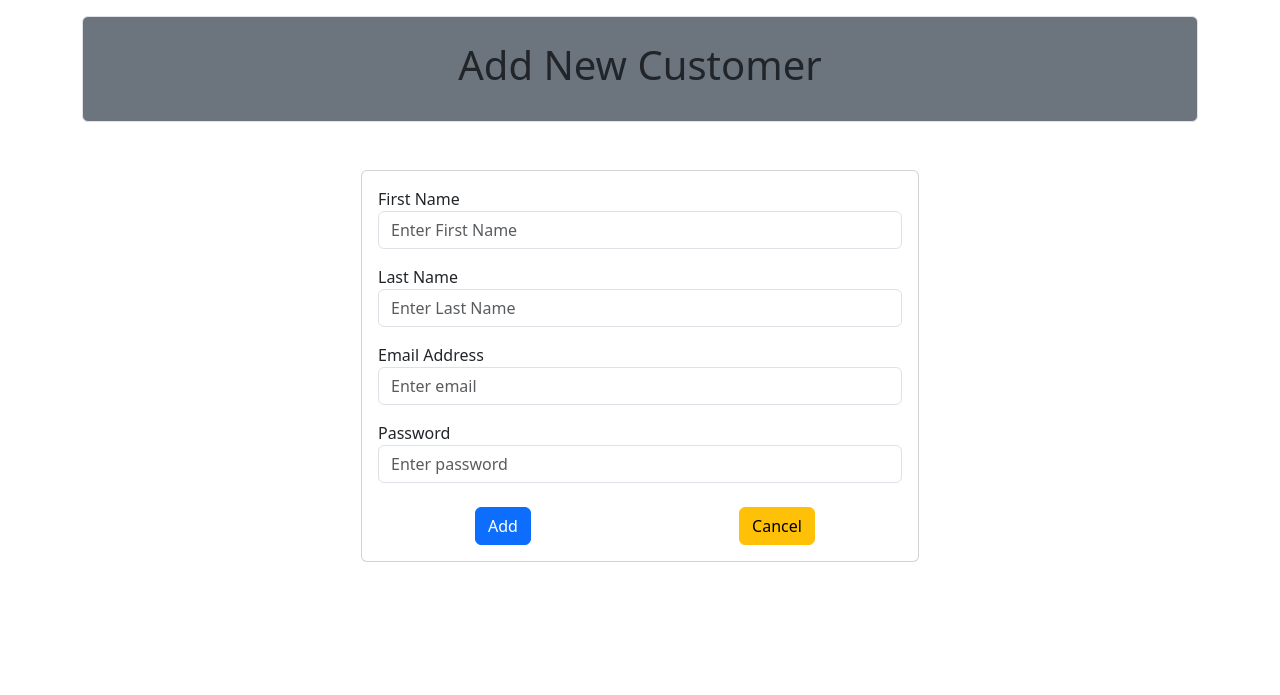
Repository: shivamaninalla/Bank-Application-JSP
Page: http://localhost/BankApplicationWebsite/add-new-customer.jsp
An editor plug-in stored every save of this project. The page is shown before and after the next save, followed by the edit.
The browser window is 1280 px wide. The pictures show the whole page.
The page is served by Tomcat 9. Other server files are loaded and not shown.

Above is the page before, as saved 2024-07-21 13:17:42.

### BankApplicationWebsite/WebContent/add-new-customer.jsp
<%@ page language="java" contentType="text/html; charset=UTF-8"
	pageEncoding="UTF-8"%>

<%@include file="includes/taglibs.jsp"%>
<!DOCTYPE html>
<html>
<head>
<meta charset="UTF-8">
<title>Add New Customer</title>
<%@include file="includes/bootstrapcss.jsp"%>
</head>
<body>

	<div class="container mt-3">
		<nav class="navbar bg-secondary mt-3 p-4 border rounded">
			<div
				class="container-fluid d-flex justify-content-center align-items-center">
				<h1>Add New Customer</h1>
			</div>
		</nav>
		<div class="card w-50 mx-auto my-5">
			<div class="card-body">
				<form action="admin-function" method="post">
				<input type="hidden" name="command" value="add-new-customer" />
					<div class="form-group mb-3">
						<label>First Name</label> <input type="text" class="form-control"
							name="customer-fname" placeholder="Enter First Name" required />
					</div>

					<div class="form-group mb-3">
						<label>Last Name</label> <input type="text" class="form-control"
							name="customer-lname" placeholder="Enter Last Name" required />
					</div>

					<div class="form-group mb-3">
						<label>Email Address</label> <input type="email"
							class="form-control" name="customer-email"
							placeholder="Enter email" required />
					</div>

					<div class="form-group mb-3">
						<label>Password</label> <input type="password"
							class="form-control" name="customer-password"
							placeholder="Enter password" required />
					</div>

					<div class="form-group row mt-4">
						<div class="col text-center">
							<button type="submit" class="btn btn-primary">Add</button>
						</div>
						<div class="col text-center">
							<button type="reset" class="btn btn-warning" name="command"
								value="cancel">Cancel</button>
						</div>

					</div>
				</form>
			</div>
		</div>
	</div>


	<%@include file="includes/bootstrapjs.jsp"%>
</body>
</html>

### BankApplicationWebsite/WebContent/includes/taglibs.jsp
<%@ taglib uri="http://java.sun.com/jsp/jstl/core" prefix="c"%>
<%@ taglib uri="http://java.sun.com/jsp/jstl/functions" prefix="fn"%>

### BankApplicationWebsite/WebContent/includes/bootstrapcss.jsp
<link href="https://cdn.jsdelivr.net/npm/bootstrap@5.3.3/dist/css/bootstrap.min.css" rel="stylesheet" integrity="sha384-QWTKZyjpPEjISv5WaRU9OFeRpok6YctnYmDr5pNlyT2bRjXh0JMhjY6hW+ALEwIH" crossorigin="anonymous" />

Loaded but not shown: BankApplicationWebsite/WebContent/includes/bootstrapjs.jsp (common file)

After the next save:
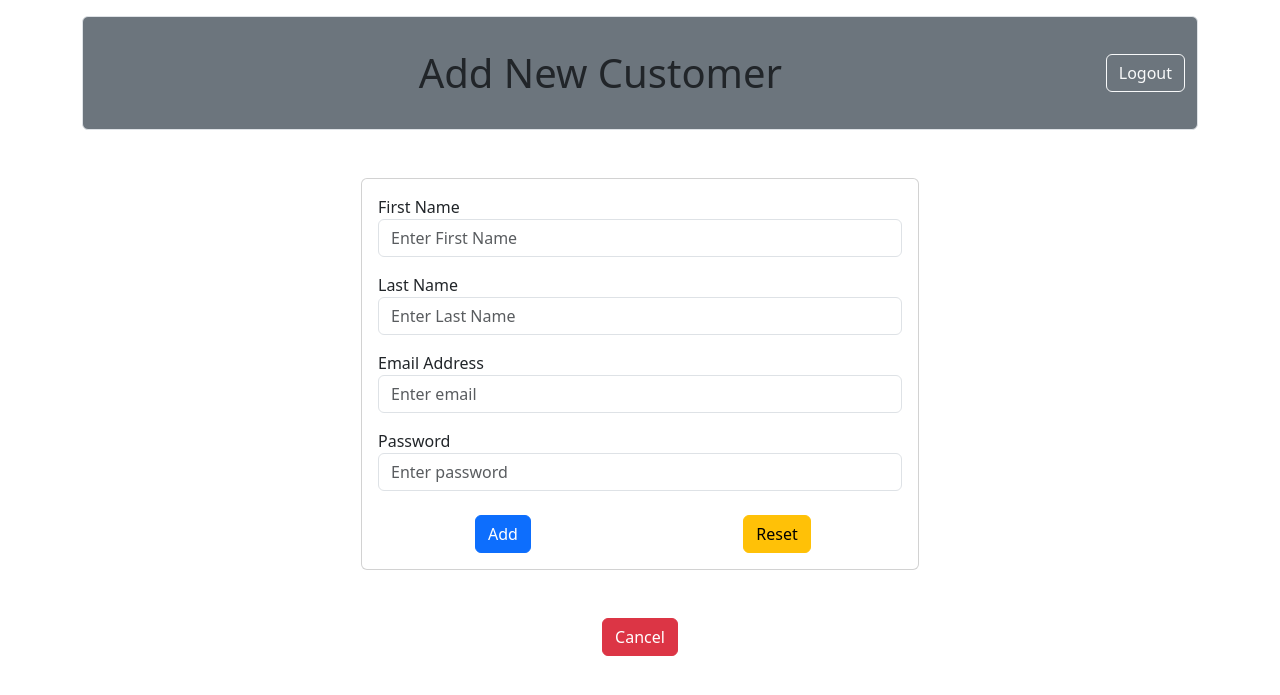
Saved 21 s later.
--- a/BankApplicationWebsite/WebContent/add-new-customer.jsp
+++ b/BankApplicationWebsite/WebContent/add-new-customer.jsp
@@ -12,16 +12,38 @@
 <body>
 
 	<div class="container mt-3">
-		<nav class="navbar bg-secondary mt-3 p-4 border rounded">
+		<nav class="navbar bg-secondary mt-3 border rounded">
 			<div
-				class="container-fluid d-flex justify-content-center align-items-center">
-				<h1>Add New Customer</h1>
+				class="container-fluid d-flex justify-content-between align-items-center">
+				<div class="d-flex flex-grow-1 justify-content-center p-4">
+					<h1 class="mb-0">Add New Customer</h1>
+				</div>
+				<form action="logout" method="get" class="mb-0">
+					<div class="form-group row">
+						<div class="col text-end">
+							<button type="submit" class="btn btn-outline-light">Logout</button>
+						</div>
+					</div>
+				</form>
 			</div>
 		</nav>
+
+
+
+		<c:if test="${not empty message}">
+			<div
+				class="alert alert-primary alert-dismissible fade show w-50 mx-auto my-3"
+				role="alert">
+				${message}
+				<button type="button" class="btn-close" data-bs-dismiss="alert"
+					aria-label="Close"></button>
+			</div>
+		</c:if>
+
 		<div class="card w-50 mx-auto my-5">
 			<div class="card-body">
 				<form action="admin-function" method="post">
-				<input type="hidden" name="command" value="add-new-customer" />
+					<input type="hidden" name="command" value="add-new-customer" />
 					<div class="form-group mb-3">
 						<label>First Name</label> <input type="text" class="form-control"
 							name="customer-fname" placeholder="Enter First Name" required />
@@ -49,14 +71,25 @@
 							<button type="submit" class="btn btn-primary">Add</button>
 						</div>
 						<div class="col text-center">
-							<button type="reset" class="btn btn-warning" name="command"
-								value="cancel">Cancel</button>
+							<button type="reset" class="btn btn-warning">Reset</button>
 						</div>
 
 					</div>
 				</form>
+
+
 			</div>
 		</div>
+
+
+		<form action="admin" method="get">
+			<div class="form-group row mt-4">
+				<div class="col text-center">
+					<button type="submit" name="admin-function" value=""
+						class="btn btn-danger">Cancel</button>
+				</div>
+			</div>
+		</form>
 	</div>
 
 
